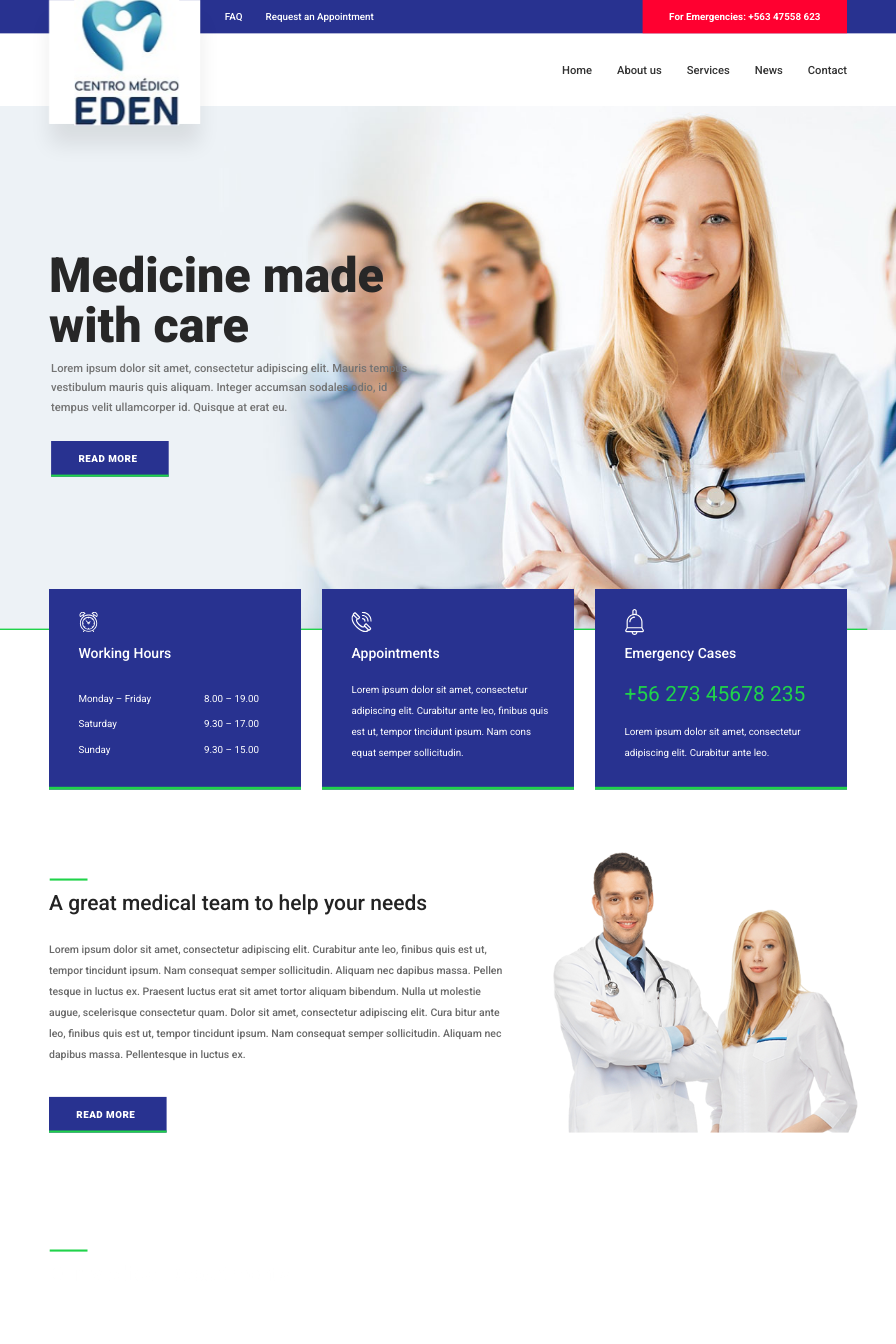
Repository: Nanitamo/centro-medico-eden-webpage
Page: index.html
The author's editor kept a copy of each file at every save. The page is drawn from the files as they stood at one save, then again after a run of saves.
The browser window is 1280 px wide. The pictures show the part of the page from y = 0 to 1920 px (the page is 4535 px tall), at 70% of full size.

Above is the page before, as saved 2020-06-18 12:57:42.

### index.html
<!DOCTYPE html>
<html lang="en">
<head>
<title>CareMed</title>
<meta charset="utf-8">
<meta http-equiv="X-UA-Compatible" content="IE=edge">
<meta name="description" content="CareMed demo project">
<meta name="viewport" content="width=device-width, initial-scale=1">
<link rel="stylesheet" type="text/css" href="styles/bootstrap4/bootstrap.min.css">
<link href="plugins/font-awesome-4.7.0/css/font-awesome.min.css" rel="stylesheet" type="text/css">
<link rel="stylesheet" type="text/css" href="plugins/OwlCarousel2-2.2.1/owl.carousel.css">
<link rel="stylesheet" type="text/css" href="plugins/OwlCarousel2-2.2.1/owl.theme.default.css">
<link rel="stylesheet" type="text/css" href="plugins/OwlCarousel2-2.2.1/animate.css">
<link rel="stylesheet" type="text/css" href="styles/main_styles.css">
<link rel="stylesheet" type="text/css" href="styles/responsive.css">
</head>
<body>

<div class="super_container">

	<!-- Header -->

	<header class="header trans_200">

		<!-- Top Bar -->
		<div class="top_bar">
			<div class="container">
				<div class="row">
					<div class="col">
						<div class="top_bar_content d-flex flex-row align-items-center justify-content-start">
							<div class="top_bar_item"><a href="#">FAQ</a></div>
							<div class="top_bar_item"><a href="#">Request an Appointment</a></div>
							<div class="emergencies  d-flex flex-row align-items-center justify-content-start ml-auto">For Emergencies: +563 47558 623</div>
						</div>

					</div>
				</div>
			</div>
		</div>

		<!-- Header Content -->
		<div class="header_container">
			<div class="container">
				<div class="row">
					<div class="col">
						<div class="header_content d-flex flex-row align-items-center justify-content-start">
							<nav class="main_nav ml-auto">
								<ul>
									<li><a href="index.html">Home</a></li>
									<li><a href="about.html">About us</a></li>
									<li><a href="services.html">Services</a></li>
									<li><a href="news.html">News</a></li>
									<li><a href="contact.html">Contact</a></li>
								</ul>
							</nav>
							<div class="hamburger ml-auto"><i class="fa fa-bars" aria-hidden="true"></i></div>
						</div>
					</div>
				</div>
			</div>
		</div>

		<!-- Logo -->
		<div class="logo_container_outer">
			<div class="container">
				<div class="row">
					<div class="col">
						<div class="logo_container">
							<a href="#">
								<div class="logo_content d-flex flex-column align-items-start justify-content-center">
									<!-- <div class="logo_line"></div>
									<div class="logo d-flex flex-row align-items-center justify-content-center">
										<div class="logo_text">Care<span>Med</span></div>
										<div class="logo_box">+</div>
									</div>
									<div class="logo_sub">Health Care Center</div> -->
									<img src="./images/logo.jpg" alt="Logotipo" width ="150" h>
								</div>
							</a>
						</div>
					</div>
				</div>
			</div>
		</div>

	</header>

	<!-- Menu -->

	<div class="menu_container menu_mm">

		<!-- Menu Close Button -->
		<div class="menu_close_container">
			<div class="menu_close"></div>
		</div>

		<!-- Menu Items -->
		<div class="menu_inner menu_mm">
			<div class="menu menu_mm">
				<ul class="menu_list menu_mm">
					<li class="menu_item menu_mm"><a href="index.html">Home</a></li>
					<li class="menu_item menu_mm"><a href="about.html">About us</a></li>
					<li class="menu_item menu_mm"><a href="services.html">Services</a></li>
					<li class="menu_item menu_mm"><a href="news.html">News</a></li>
					<li class="menu_item menu_mm"><a href="contact.html">Contact</a></li>
				</ul>
			</div>
			<div class="menu_extra">
				<div class="menu_appointment"><a href="#">Request an Appointment</a></div>
				<div class="menu_emergencies">For Emergencies: +563 47558 623</div>
			</div>

		</div>

	</div>

	<!-- Home -->

	<div class="home">
		<div class="home_slider_container">
			<!-- Home Slider -->
			<div class="owl-carousel owl-theme home_slider">

				<!-- Slider Item -->
				<div class="owl-item">
					<div class="home_slider_background" style="background-image:url(images/home_background_1.jpg)"></div>
					<div class="home_content">
						<div class="container">
							<div class="row">
								<div class="col">
									<div class="home_content_inner">
										<div class="home_title"><h1>Medicine made with care</h1></div>
										<div class="home_text">
											<p>Lorem ipsum dolor sit amet, consectetur adipiscing elit. Mauris tempus vestibulum mauris quis aliquam. Integer accumsan sodales odio, id tempus velit ullamcorper id. Quisque at erat eu.</p>
										</div>
										<div class="button home_button">
											<a href="#">read more</a>
										</div>
									</div>
								</div>
							</div>
						</div>
					</div>
				</div>

				<!-- Slider Item -->
				<div class="owl-item">
					<div class="home_slider_background" style="background-image:url(images/home_background_1.jpg)"></div>
					<div class="home_content">
						<div class="container">
							<div class="row">
								<div class="col">
									<div class="home_content_inner">
										<div class="home_title"><h1>Medicine made with care</h1></div>
										<div class="home_text">
											<p>Lorem ipsum dolor sit amet, consectetur adipiscing elit. Mauris tempus vestibulum mauris quis aliquam. Integer accumsan sodales odio, id tempus velit ullamcorper id. Quisque at erat eu.</p>
										</div>
										<div class="button home_button">
											<a href="#">read more</a>
										</div>
									</div>
								</div>
							</div>
						</div>
					</div>
				</div>

				<!-- Slider Item -->
				<div class="owl-item">
					<div class="home_slider_background" style="background-image:url(images/home_background_1.jpg)"></div>
					<div class="home_content">
						<div class="container">
							<div class="row">
								<div class="col">
									<div class="home_content_inner">
										<div class="home_title"><h1>Medicine made with care</h1></div>
										<div class="home_text">
											<p>Lorem ipsum dolor sit amet, consectetur adipiscing elit. Mauris tempus vestibulum mauris quis aliquam. Integer accumsan sodales odio, id tempus velit ullamcorper id. Quisque at erat eu.</p>
										</div>
										<div class="button home_button">
											<a href="#">read more</a>
										</div>
									</div>
								</div>
							</div>
						</div>
					</div>
				</div>

			</div>

			<!-- Slider Progress -->
			<div class="home_slider_progress"></div>
		</div>
	</div>

	<!-- 3 Boxes -->

	<div class="boxes">
		<div class="container">
			<div class="row">

				<!-- Box -->
				<div class="col-lg-4 box_col">
					<div class="box working_hours">
						<div class="box_icon d-flex flex-column align-items-start justify-content-center"><div style="width:29px; height:29px;"><img src="images/alarm-clock.svg" alt=""></div></div>
						<div class="box_title">Working Hours</div>
						<div class="working_hours_list">
							<ul>
								<li class="d-flex flex-row align-items-center justify-content-start">
									<div>Monday – Friday</div>
									<div class="ml-auto">8.00 – 19.00</div>
								</li>
								<li class="d-flex flex-row align-items-center justify-content-start">
									<div>Saturday</div>
									<div class="ml-auto">9.30 – 17.00</div>
								</li>
								<li class="d-flex flex-row align-items-center justify-content-start">
									<div>Sunday</div>
									<div class="ml-auto">9.30 – 15.00</div>
								</li>
							</ul>
						</div>
					</div>
				</div>

				<!-- Box -->
				<div class="col-lg-4 box_col">
					<div class="box box_appointments">
						<div class="box_icon d-flex flex-column align-items-start justify-content-center"><div style="width: 29px; height:29px;"><img src="images/phone-call.svg" alt=""></div></div>
						<div class="box_title">Appointments</div>
						<div class="box_text">Lorem ipsum dolor sit amet, consectetur adipiscing elit. Curabitur ante leo, finibus quis est ut, tempor tincidunt ipsum. Nam cons equat semper sollicitudin.</div>
					</div>
				</div>

				<!-- Box -->
				<div class="col-lg-4 box_col">
					<div class="box box_emergency">
						<div class="box_icon d-flex flex-column align-items-start justify-content-center"><div style="width: 37px; height:37px; margin-left:-4px;"><img src="images/bell.svg" alt=""></div></div>
						<div class="box_title">Emergency Cases</div>
						<div class="box_phone">+56 273 45678 235</div>
						<div class="box_emergency_text">Lorem ipsum dolor sit amet, consectetur adipiscing elit. Curabitur ante leo.</div>
					</div>
				</div>

			</div>
		</div>
	</div>

	<!-- About -->

	<div class="about">
		<div class="container">
			<div class="row row-lg-eq-height">

				<!-- About Content -->
				<div class="col-lg-7">
					<div class="about_content">
						<div class="section_title"><h2>A great medical team to help your needs</h2></div>
						<div class="about_text">
							<p>Lorem ipsum dolor sit amet, consectetur adipiscing elit. Curabitur ante leo, finibus quis est ut, tempor tincidunt ipsum. Nam consequat semper sollicitudin. Aliquam nec dapibus massa. Pellen tesque in luctus ex. Praesent luctus erat sit amet tortor aliquam bibendum. Nulla ut molestie augue, scelerisque consectetur quam. Dolor sit amet, consectetur adipiscing elit. Cura bitur ante leo, finibus quis est ut, tempor tincidunt ipsum. Nam consequat semper sollicitudin. Aliquam nec dapibus massa. Pellentesque in luctus ex.</p>
						</div>
						<div class="button about_button">
							<a href="#">read more</a>
						</div>
					</div>
				</div>

				<!-- About Image -->
				<div class="col-lg-5">
					<div class="about_image"><img src="images/about.png" alt=""></div>
				</div>
			</div>
		</div>
	</div>

	<!-- Departments -->

	<div class="departments">
		<div class="departments_background parallax-window" data-parallax="scroll" data-image-src="images/departments.jpg" data-speed="0.8"></div>
		<div class="container">
			<div class="row">
				<div class="col">
					<div class="section_title section_title_light"><h2>Our Medical Departments</h2></div>
				</div>
			</div>
			<div class="row departments_row row-md-eq-height">

				<!-- Department -->
				<div class="col-lg-3 col-md-6 dept_col">
					<div class="dept">
						<div class="dept_image"><img src="images/dept_1.jpg" alt=""></div>
						<div class="dept_content text-center">
							<div class="dept_title">plastic surgery</div>
							<div class="dept_subtitle">Dr. James Smith</div>
						</div>
					</div>
				</div>

				<!-- Department -->
				<div class="col-lg-3 col-md-6 dept_col">
					<div class="dept">
						<div class="dept_image"><img src="images/dept_2.jpg" alt=""></div>
						<div class="dept_content text-center">
							<div class="dept_title">gastroenterology</div>
							<div class="dept_subtitle">Dr. Gunter Roscoe</div>
						</div>
					</div>
				</div>

				<!-- Department -->
				<div class="col-lg-3 col-md-6 dept_col">
					<div class="dept">
						<div class="dept_image"><img src="images/dept_3.jpg" alt=""></div>
						<div class="dept_content text-center">
							<div class="dept_title">dentistry</div>
							<div class="dept_subtitle">Dr. Maria Williams</div>
						</div>
					</div>
				</div>

				<!-- Department -->
				<div class="col-lg-3 col-md-6 dept_col">
					<div class="dept">
						<div class="dept_text">
							<p>Lorem ipsum dolor sit amet, consectetur adipiscing elit. Curabitur ante leo, finibus quis est ut, tempor tincidunt ipsum. Nam consequat semper sollicitudin. Aliquam nec dap ibus massa. Pellen tesque in luctus ex.</p>
						</div>
						<div class="button dept_button"><a href="#">read more</a></div>
					</div>
				</div>
			</div>
		</div>
	</div>

	<!-- Services -->

	<div class="services">
		<div class="container">
			<div class="row">
				<div class="col">
					<div class="section_title"><h2>Our Featured Services</h2></div>
				</div>
			</div>
			<div class="row services_row">

				<!-- Service -->
				<div class="col-lg-4 col-md-6 service_col">
					<a href="services.html">
						<div class="service text-center trans_200">
							<div class="service_icon"><img class="svg" src="images/service_1.svg" alt=""></div>
							<div class="service_title trans_200">Free Checkups</div>
							<div class="service_text">
								<p>Lorem ipsum dolor sit amet, consectetur adipiscing elit. Curabitur ante leo, finibus quis est ut, tempor tincidunt ipsum. Nam consequat semper sollicitudin.</p>
							</div>
						</div>
					</a>
				</div>

				<!-- Service -->
				<div class="col-lg-4 col-md-6 service_col">
					<a href="services.html">
						<div class="service text-center trans_200">
							<div class="service_icon"><img class="svg" src="images/service_2.svg" alt=""></div>
							<div class="service_title trans_200">Screening Exams</div>
							<div class="service_text">
								<p>Lorem ipsum dolor sit amet, consectetur adipiscing elit. Curabitur ante leo, finibus quis est ut, tempor tincidunt ipsum. Nam consequat semper sollicitudin.</p>
							</div>
						</div>
					</a>
				</div>

				<!-- Service -->
				<div class="col-lg-4 col-md-6 service_col">
					<a href="services.html">
						<div class="service text-center trans_200">
							<div class="service_icon"><img class="svg" src="images/service_3.svg" alt=""></div>
							<div class="service_title trans_200">RMI Services</div>
							<div class="service_text">
								<p>Lorem ipsum dolor sit amet, consectetur adipiscing elit. Curabitur ante leo, finibus quis est ut, tempor tincidunt ipsum. Nam consequat semper sollicitudin.</p>
							</div>
						</div>
					</a>
				</div>

				<!-- Service -->
				<div class="col-lg-4 col-md-6 service_col">
					<a href="services.html">
						<div class="service text-center trans_200">
							<div class="service_icon"><img class="svg" src="images/service_4.svg" alt=""></div>
							<div class="service_title trans_200">Dentistry</div>
							<div class="service_text">
								<p>Lorem ipsum dolor sit amet, consectetur adipiscing elit. Curabitur ante leo, finibus quis est ut, tempor tincidunt ipsum. Nam consequat semper sollicitudin.</p>
							</div>
						</div>
					</a>
				</div>

				<!-- Service -->
				<div class="col-lg-4 col-md-6 service_col">
					<a href="services.html">
						<div class="service text-center trans_200">
							<div class="service_icon"><img class="svg" src="images/service_5.svg" alt=""></div>
							<div class="service_title trans_200">Neonatology</div>
							<div class="service_text">
								<p>Lorem ipsum dolor sit amet, consectetur adipiscing elit. Curabitur ante leo, finibus quis est ut, tempor tincidunt ipsum. Nam consequat semper sollicitudin.</p>
							</div>
						</div>
					</a>
				</div>

				<!-- Service -->
				<div class="col-lg-4 col-md-6 service_col">
					<a href="services.html">
						<div class="service text-center trans_200">
							<div class="service_icon"><img class="svg" src="images/service_6.svg" alt=""></div>
							<div class="service_title trans_200">Biochemistry</div>
							<div class="service_text">
								<p>Lorem ipsum dolor sit amet, consectetur adipiscing elit. Curabitur ante leo, finibus quis est ut, tempor tincidunt ipsum. Nam consequat semper sollicitudin.</p>
							</div>
						</div>
					</a>
				</div>
			</div>
		</div>
	</div>

	<!-- Call to action -->

	<div class="cta">
		<div class="cta_background parallax-window" data-parallax="scroll" data-image-src="images/cta.jpg" data-speed="0.8"></div>
		<div class="container">
			<div class="row">
				<div class="col">
					<div class="cta_content text-center">
						<h2>Need a personal health plan?</h2>
						<p>Duis massa massa, mollis vel ullamcorper quis, finibus et urna. Aliquam ac eleifend metus. Ut sollicitudin risus ex</p>
						<div class="button cta_button"><a href="#">request a plan</a></div>
					</div>
				</div>
			</div>
		</div>
	</div>

	<!-- Footer -->

	<footer class="footer">
		<div class="footer_container">
			<div class="container">
				<div class="row">

					<!-- Footer - About -->
					<div class="col-lg-4 footer_col">
						<div class="footer_about">
							<div class="footer_logo_container">
								<a href="#" class="d-flex flex-column align-items-center justify-content-center">
									<div class="logo_content">
										<div class="logo d-flex flex-row align-items-center justify-content-center">
											<div class="logo_text">Care<span>Med</span></div>
											<div class="logo_box">+</div>
										</div>
										<div class="logo_sub">Health Care Center</div>
									</div>
								</a>
							</div>
							<div class="footer_about_text">
								<p>Lorem ipsum dolor sit amet, conse ctetur adipiscing elit. Curabitur ante leo, finibus quis est ut, tempor tincidunt ipsum.</p>
							</div>
							<ul class="footer_about_list">
								<li><div class="footer_about_icon"><img src="images/phone-call.svg" alt=""></div><span>+45 677 8993000 223</span></li>
								<li><div class="footer_about_icon"><img src="images/envelope.svg" alt=""></div><span>office@template.com</span></li>
								<li><div class="footer_about_icon"><img src="images/placeholder.svg" alt=""></div><span>Main Str. no 45-46, b3, 56832, Los Angeles, CA</span></li>
							</ul>
						</div>
					</div>

					<!-- Footer - Links -->
					<div class="col-lg-4 footer_col">
						<div class="footer_links footer_column">
							<div class="footer_title">Useful Links</div>
							<ul>
								<li><a href="#">Testimonials</a></li>
								<li><a href="#">FAQ</a></li>
								<li><a href="#">Apply for a Job</a></li>
								<li><a href="#">Terms & Conditions</a></li>
								<li><a href="#">Our Partners</a></li>
								<li><a href="#">Services</a></li>
								<li><a href="#">Free services</a></li>
								<li><a href="#">About us</a></li>
								<li><a href="#">News</a></li>
								<li><a href="#">Contact</a></li>
								<li><a href="#">Our Screening Program</a></li>
								<li><a href="#">FAQ</a></li>
							</ul>
						</div>
					</div>

					<!-- Footer - News -->
					<div class="col-lg-4 footer_col">
						<div class="footer_news footer_column">
							<div class="footer_title">Useful Links</div>
							<ul>
								<li>
									<div class="footer_news_title"><a href="news.html">Aliquam ac eleifend metus</a></div>
									<div class="footer_news_date">March 10, 2018</div>
								</li>
								<li>
									<div class="footer_news_title"><a href="news.html">Donec in libero sit amet mi vulputate</a></div>
									<div class="footer_news_date">March 10, 2018</div>
								</li>
								<li>
									<div class="footer_news_title"><a href="news.html">Aliquam ac eleifend metus</a></div>
									<div class="footer_news_date">March 10, 2018</div>
								</li>
							</ul>
						</div>
					</div>
				</div>
			</div>
		</div>
		<div class="copyright">
			<div class="container">
				<div class="row">
					<div class="col">
						<div class="copyright_content d-flex flex-lg-row flex-column align-items-lg-center justify-content-start">
							<div class="cr"><!-- Link back to Colorlib can't be removed. Template is licensed under CC BY 3.0. -->
Copyright &copy;<script>document.write(new Date().getFullYear());</script> All rights reserved | This template is made with <i class="fa fa-heart-o" aria-hidden="true"></i> by <a href="https://colorlib.com" target="_blank">Colorlib</a>
<!-- Link back to Colorlib can't be removed. Template is licensed under CC BY 3.0. --></div>
							<div class="footer_social ml-lg-auto">
								<ul>
									<li><a href="#"><i class="fa fa-pinterest" aria-hidden="true"></i></a></li>
									<li><a href="#"><i class="fa fa-facebook" aria-hidden="true"></i></a></li>
									<li><a href="#"><i class="fa fa-twitter" aria-hidden="true"></i></a></li>
									<li><a href="#"><i class="fa fa-dribbble" aria-hidden="true"></i></a></li>
									<li><a href="#"><i class="fa fa-behance" aria-hidden="true"></i></a></li>
									<li><a href="#"><i class="fa fa-linkedin" aria-hidden="true"></i></a></li>
								</ul>
							</div>
						</div>
					</div>
				</div>
			</div>
		</div>
	</footer>
</div>

<script src="js/jquery-3.2.1.min.js"></script>
<script src="styles/bootstrap4/popper.js"></script>
<script src="styles/bootstrap4/bootstrap.min.js"></script>
<script src="plugins/OwlCarousel2-2.2.1/owl.carousel.js"></script>
<script src="plugins/easing/easing.js"></script>
<script src="plugins/parallax-js-master/parallax.min.js"></script>
<script src="js/custom.js"></script>
</body>
</html>

Loaded but not shown: styles/bootstrap4/bootstrap.min.css (library); plugins/font-awesome-4.7.0/css/font-awesome.min.css (library); plugins/OwlCarousel2-2.2.1/owl.carousel.css (library); plugins/OwlCarousel2-2.2.1/owl.theme.default.css (common file); plugins/OwlCarousel2-2.2.1/animate.css (library); js/jquery-3.2.1.min.js (library); styles/bootstrap4/popper.js (library); styles/bootstrap4/bootstrap.min.js (library); plugins/OwlCarousel2-2.2.1/owl.carousel.js (library); plugins/easing/easing.js (library); plugins/parallax-js-master/parallax.min.js (library); js/custom.js (204 lines, source omitted); styles/main_styles.css (1310 lines, source omitted); styles/responsive.css (427 lines, source omitted)

After the next 3 saves:
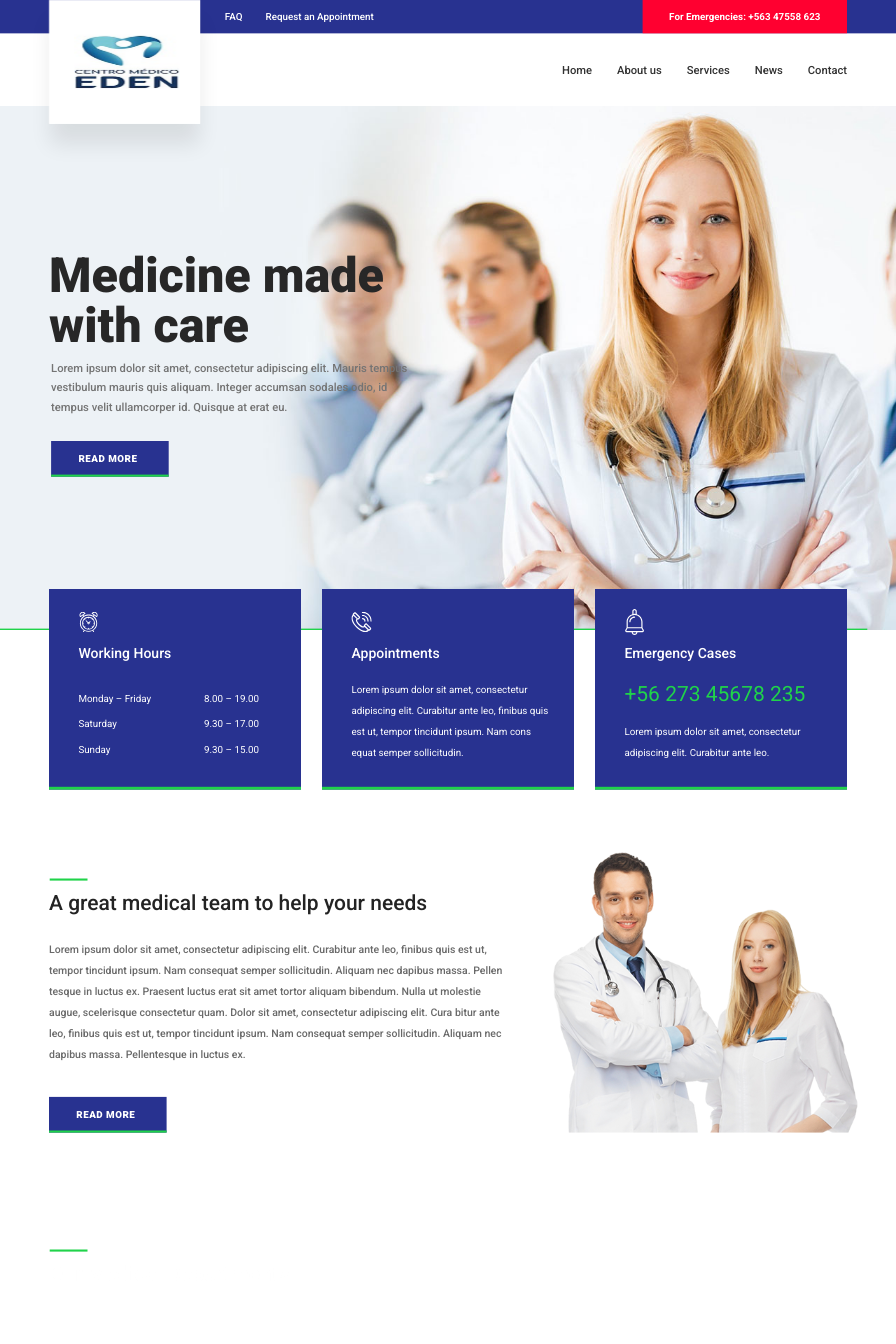
The 3 saves are shown as one change because they came seconds apart.
The last was saved 8 s later.
--- a/index.html
+++ b/index.html
@@ -74,7 +74,7 @@
 										<div class="logo_box">+</div>
 									</div>
 									<div class="logo_sub">Health Care Center</div> -->
-									<img src="./images/logo.jpg" alt="Logotipo" width ="150" h>
+									<img src="./images/logo.jpg" alt="Logotipo" width ="150" height="75">
 								</div>
 							</a>
 						</div>
